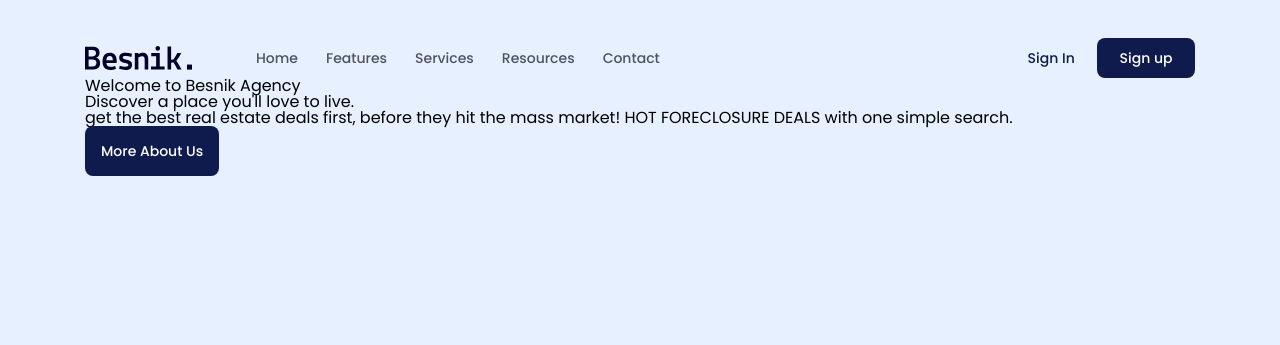
Repository: jessicapaa/F8-Project-01
Page: index.html
An editor plug-in stored every save of this project. The page is shown before and after the next save, followed by the edit.
The browser window is 1280 px wide. The pictures show the whole page.

Above is the page before, as saved 2024-03-08 07:09:08.

After the next save:
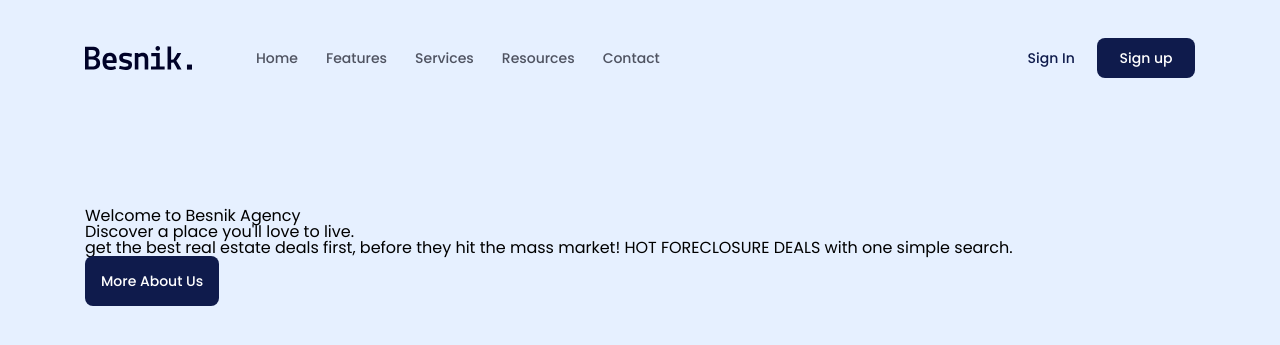
Saved 10 min 18 s later.
--- a/assets/css/styles.css
+++ b/assets/css/styles.css
@@ -77,3 +77,9 @@
     padding: 13px 16px;
     margin-left: 18px;
 }
+
+/* css hero */
+
+.hero {
+    margin-top: 130px;
+}
